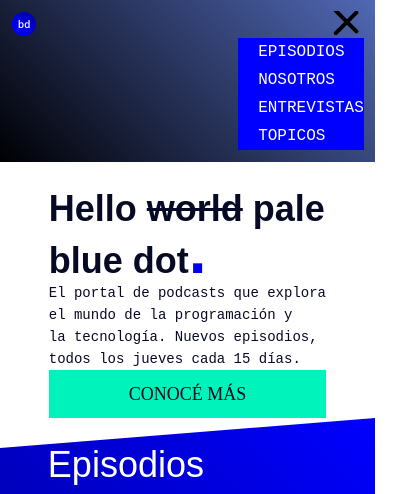
Repository: FedeGA93/podcast
Page: index.html
The author's editor kept a copy of each file at every save. The page is drawn from the files as they stood at one save, then again after a run of saves.
The browser window is 375 px wide. The page is 394 px wide, so the pictures cover 394 px, including what lies to the right of the window. The pictures show the part of the page from y = 0 to 494 px (the page is 5472 px tall).
The first `input[type="checkbox"]` is checked.
Pictures or frames that could not be fetched are drawn as grey boxes. Some web fonts or font styles are not loaded; a fallback is used. Some web libraries are served in a nearby version.

Above is the page before, as saved 2019-11-26 20:58:41.

### index.html
<!DOCTYPE html>
<html lang="es">

<head>
    <meta charset="UTF-8">
    <meta name="viewport" content="width=device-width, initial-scale=1.0">
    <meta http-equiv="X-UA-Compatible" content="ie=edge">
    <title>BlueDot</title>
    <link rel="stylesheet" href="styles/styles.css">
    <link href="https://fonts.googleapis.com/css?family=IBM+Plex+Mono/IBM+Plex+Sans:400,400i,500,600&display=swap"
        rel="stylesheet">
    <link rel="stylesheet" href="https://cdnjs.cloudflare.com/ajax/libs/font-awesome/5.11.2/css/all.css">
    <link rel="shortcut icon" href="images/logo.ico" type="image/x-icon">
    <link rel="icon" href="images/logo.ico" type="image/x-icon">
</head>

<body>
    <header class="estilo-header nav" >
        <nav >
            <div class="menu">
                <div>
                   <a href="#top"> <img src="images/logo.svg" alt="Logo del podcast" class="responsive-logo"></a>
                </div>
                <div>

                    <!-- DEsde acá-->
                    <input type="checkbox" id="transformacion" />
                    <label for="transformacion" class="fija-menu">
                        <span class="barras-negras-hamburger bar1"></span>
                        <span class="barras-negras-hamburger bar2"></span>
                        <span class="barras-negras-hamburger bar3"></span>
                    </label>
                    <!--Hasta acá es lo que tengo que copiar-->
                    <ul class="menu-hijo">
                        <li><a class="color-letras" href="#epi">EPISODIOS</a></li>
                        <li><a class="color-letras" href="#nos">NOSOTROS</a></li>
                        <li><a class="color-letras" href="#ent">ENTREVISTAS</a></li>
                        <li><a class="color-letras" href="#topi">TOPICOS</a></li>
                    </ul>

                </div>
            </div>
        </nav>
    </header>
    <main class="primera-caja" id="top">
        <div class="centrado">
            <h1>Hello <s>world</s> pale blue dot<strong class="color-punto">.</strong></h1>
        </div>
        <div class="centrado">
            <p class="parrafos-general">El portal de podcasts que explora el mundo de la programación y <br> la
                tecnología.
                Nuevos episodios, todos los jueves cada 15 días.</p>
        </div>
        <div class="main-child">
            <div>
                <p><a class="btn cnmas" href="#nos">CONOCÉ MÁS</a></p>
            </div>
        </div>
    </main>
    <section>

        <div class="fondo-azul-gradiente sec">

            <div class="corteuno"></div>
            <div class="cortedos"></div>
            <div>
                <p class="color-blanco pad" id="epi">Episodios</p>
            </div>
            <div class="flex-spotify">
                <iframe src="https://open.spotify.com/embed-podcast/show/2ySVrxGkN6n6frMTo9Nsrt"
                    ></iframe>
                <iframe src="https://open.spotify.com/embed-podcast/show/4kYCRYJ3yK5DQbP5tbfZby"
                    ></iframe>
                <iframe src="https://open.spotify.com/embed-podcast/episode/2VHYWRX1mHcZQS89y3z2Xv" ></iframe>
                <iframe src="https://open.spotify.com/embed-podcast/show/2Iibd5A6R7mxkCm4NwNmUn"
                    ></iframe>
            </div>
        </div>
    </section>
    <section>

        <div class="informacion">
            <div>
                <img src="images/phone.png" alt="El podcast en un telefono" class="telefono">
            </div>
            <div>
                <h2 class="color-negro" id="nos">De dónde venimos</h2>

                <p class="parrafos-general limit-text">Our posturings, our imagined self-importance, the delusion that
                    we
                    have some
                    privileged position in the Universe, are challenged by this point of pale light. </p> <br>

                <p class="parrafos-general limit-text">
                    Our planet is a lonely speck in the great enveloping cosmic dark. In our obscurity, in all this
                    vastness, there is no hint that help will come from elsewhere to save us from ourselves.</p>

            </div>
        </div>

    </section>
    <section>
        <h2 class="color-negro paddie" id="ent">
            Invitadas/os Estelares
        </h2>

        <div class="photo-box">
            <img src="images/grace-hopper.png" alt="Foto de Grace Hopper" class="photos">
            <img src="images/Katie-Bouman.png" alt="Foto de Katie Bouman" class="photos">
            <img src="images/Margaret_Hamilton.png" alt="Margaret Hamilton" class="photos">
            <img src="images/computadora1950.png" alt="Una computadora del año 1950" class="photos">
            <img src="images/computadoraprogramable.png" alt="La primera computadora programable del mundo"
                class="photos">
            <img src="images/susan-kare.png" alt="Foto de Susan Kare" class="photos">

        </div>
    </section>
    <section class="top">
        <h2 class="color-negro center-text" id="topi">Algunos de nuestros temas</h2>
        <div>
            <section class="alineado">
                <div>
                    <img src="images/icon1.svg" alt="Una computadora que demuestra el trabajo remoto"
                        class="theme-size">
                    <p class="temas">Trabajo remoto</p>
                </div>
                <div>
                    <img src="images/icon2.svg" alt="Una cabeza pensando" class="theme-size">
                    <p class="temas">Repensando la programación</p>
                </div>

                <div>
                    <img src="images/icon3.svg" alt=" Un libro de código" class="theme-size">
                    <p class="temas">Bases de código</p>
                </div>

                <div>
                    <img src="images/icon4.svg" alt="Logo de seguridad" class="theme-size">
                    <p class="temas">Seguridad informática</p>
                </div>
            </section>
        </div>
    </section>
    <section>
        <div class="fondo-azul-gradiente secfoot">
                <svg xmlns="http://www.w3.org/2000/svg" viewBox="0 0 100 100" preserveAspectRatio="xMidYMid meet" >
                    <polygon fill="white" points="0,0 1440,0 0,85" />
                </svg>

            <div class="zeta-index">
                <h2 class="color-blanco center-text">
                    ¿Querés las últimas novedades?
                </h2>
            </div>

            <div class="zeta-index">
                <p> <a class="btn ele" href="#epi">ESCUCHÁ LOS EPISODIOS</a> </p>
            </div>

        </div>
    </section>

    <footer>
        <div class="flex-end">
            <h3 class="informacion">© 2019— Hello blue pale dot </h3>
            <div class="sin-deco">
                <a href="https://open.spotify.com/show/6xpiit8aJmwDHk1rKdxmri"><i class="fab fa-spotify"></i></a>
                <a href="https://twitter.com/w3c"> <i class="fab fa-twitter"></i></a>
                <a href="https://www.instagram.com/coding/"><i class="fab fa-instagram"></i></a>
                <a href="https://www.facebook.com/programminggeeks.in/"><i class="fab fa-facebook"></i></a>
            </div>
        </div>
    </footer>
</body>

</html>

### styles/styles.css
* {
  margin: 0;
  padding: 0;
  border: 0;
  box-sizing: content-box;
}

.menu {
  display: flex;
  flex-flow: row;
  justify-content: space-between;
  padding: 0 190px 0 100px;
  position: static;
  top: 0;
  overflow: hidden;
}
.menu-hijo {
  display: flex;
  flex-flow: row wrap;
  text-decoration: none;
  list-style-type: none;
  justify-content: flex-end;
  text-indent: 20px;

}
.nav{
  position:sticky;
  top:0;
  z-index:1000;
  background-image: linear-gradient(225deg, #012392af 0%, #000003 100%);
  }
  .zeta-index{
    z-index:100;
  }

.primera-caja {
  display: flex;
  flex-flow: column;
  padding: 7% 13% 0;
}
.centrado {
  justify-content: center;
}
.color-letras:active {
  color: RGBA(6, 10, 36, 0.53);
}
.color-letras:hover {
  color: #00f3bb;
  text-decoration: line-through;
}
.color-letras {
  font-family: "IBM Plex Mono", monospace;
  font-size: 16px;
  color: white;
  letter-spacing: 0;
  line-height: 28px;
  text-decoration: none;
}

h1 {
  font-family: "IBM Plex Sans", sans-serif;
  font-size: 64px;
  color: #060a24;
  letter-spacing: 0;
}
.color-punto {
  font-family: "IBM Plex Sans", sans-serif;
  font-size: 64px;
  color: #0000ec;
  letter-spacing: 0;
}
.parrafos-general {
  font-family: "IBM Plex Mono", monospace;
  font-size: 16px;
  color: #060a24;
  letter-spacing: 0;
  line-height: 24px;
}

input {
  display: none;
}

.sec {
  position: relative;
  width: 100%;
  height: 124vh;
  overflow: hidden;
}
.secfoot {
  display: flex;
  justify-content: center;
  align-items: center;
  flex-direction: column;
  position: relative;
  width: 100%;
  height: 50vh;
  overflow: hidden;
}
.fondo-azul-gradiente {
  background-image: linear-gradient(225deg, #0000ff 0%, #000003 100%);
}

/* Cortes del fondo */
svg {
  position: absolute;
  bottom: 0;
  width: 100%;
  height: auto;

}

.corteuno {
  position: absolute;
  top: 0;
  left: 0;
  border-width: 0 0 8vw 100vw;
  border-style: solid;
  border-color: transparent #fff transparent;
}
.cortedos {
  position: absolute;
  bottom: 0;
  left: 0;
  border-width: 0 0 10vw 100vw;
  border-style: solid;
  border-color: transparent transparent #fff;
}
/* terminan los cortes */
.color-blanco {
  font-family: "IBM Plex Sans", sans-serif;
  font-size: 48px;
  color: #ffffff;
  letter-spacing: 0;
}
.color-negro {
  font-family: "IBM Plex Sans", sans-serif;
  font-size: 48px;
  color: #060a24;
  letter-spacing: 0;
}
.informacion {
  display: flex;
  justify-content: flex-start;
  flex-direction: row;
}

.btn {
  display: flex;
  align-items: center;
  justify-content: center;
  background-color: #00f3bb;
  font-family: "IBMPlexMono", Medium;
  font-size: 18px;
  color: #060a24;
  letter-spacing: 0;
  text-align: center;
  line-height: 24px;
  text-decoration: none;
}
.btn:hover,
.btn:focus {
  background-image: linear-gradient(225deg, #0000fe 0%, #00f0b8 100%);
  color: #ffffff;
}
.cnmas {
  height: 56px;
  width: 226px;
}
.ele {
  width: 345px;
  height: 56px;
}

.flex {
  display: flex;
  flex-direction: row;
  flex-wrap: nowrap;
  justify-content: space-between;
}
.pad {
  padding: 7% 12.76% 0;
}
.flex-spotify {
  display: flex;
  flex-flow: row wrap;
  padding: 2% 8%;
}
.temas {
  font-family: "IBMPlexSans";
  font-weight: 600;
  font-size: 24px;
  color: #060a24;
  letter-spacing: 0;
  text-align: center;
}

.alineado {
  display: flex;
  flex-flow: row;
  justify-content: space-evenly;
  text-align: center;
}
.telefono {
  position: relative;
  top: -311px;
  height: 660px;
  width: 457.6px;
  padding: 200px 64px 0 200px;
}
iframe {
  padding: 0 72px 72px 0;
  position: relative;
  z-index: 1;
  width: 44%;
  height: 232px;
}

.paddie {
  margin: -267px 0 36px 200px;
  z-index: 1;
}
.photos {
  width: 480px;
  height: 364px;
}
.photo-box {
  width: fit-content;
  display: grid;
  grid-template-columns: repeat(3, 0fr);

}
.limit-text {
  width: 54%;
}
.theme-size {
  width: 104px;
  height: 104px;
}
.top {
  margin-top: 5%;
}
.flex-end {
  display: flex;
  flex-direction: row;
  justify-content: space-between;
}
.sin-deco a {
  text-decoration: none;
  color: black;

}
.sin-deco{
  padding-right: 1%;
}
/*
  ***************************************************
    ***********************************************
      ********************************************
        ****************************************
        *****************MOBILE*****************
        ****************************************
      ********************************************
     **********************************************
   **************************************************
 */

@media screen and (max-width: 600px) {
  * {
    margin: 0px;
    padding: 0;
    border: 0;
  }
  .estilo-header {
    padding: 3%;
  }
  .barra-navegadora {
    display: none;
  }
  .menu {
    padding: 0px;
    position: sticky;
  }
  .seccion {
    width: 100%;
  }

  .responsive-logo {
    margin: 2.2% 87.5% 1.2% 2%;
  }
  .menu-hijo {
    display: none;
  }
  .menu-hijo:hover {
    display: block;
  }
  h1 {
    font-family: "IBM Plex Sans", sans-serif;
    font-size: 36px;
    color: #060a24;
    letter-spacing: 0;
    line-height: 42px;
  }

  .parrafos-general {
    font-family: "IBM Plex Mono", monospace;
    font-size: 14px;
    color: #060a24;
    letter-spacing: 0;
    line-height: 22px;
  }
  .color-blanco {
    font-family: "IBM Plex Sans", sans-serif;
    font-size: 36px;
    color: #ffffff;
    letter-spacing: 0;
    line-height: 42px;
  }
  .color-negro {
    font-family: "IBM Plex Sans", sans-serif;
    font-size: 36px;
    color: #060a24;
    letter-spacing: 0;
    line-height: 42px;
  }
  .cnmas {
    height: 48px;
    width: 100%;
  }

  .barras-negras-hamburger {
    display: block;
    width: 33px;
    height: 4px;
    margin-bottom: 5px;
    position: relative;
    background: black;
    border-radius: 3px;
  }
  .sec {
    height: 165vh;
  }
  .secfoot {
    height: 40vh;
  }
  .center-text {
    text-align: center;
  }
  .telefono {
    top: -60px;
    padding: 0 0 0 9%;
    width: 360px;
    height: 519px;
  }
  .photo-box {
    grid-template-columns: repeat(1, 0);
    grid-template-rows: repeat(1, 16.5%);
  }
  .paddie {
    margin: 0;
  }
  .photos {
    height: auto;
    width: 100vw;
  }
  iframe {
    padding: 1%;
    width: auto;
  }
  .informacion {
    flex-direction: column;
  }
  .alineado {
    flex-direction: column;
  }
  .flex-spotify {
    padding: 2% 15%;
  }
  /* A partir de acá es el menu*/

  input[type="checkbox"]:checked ~ label > span.bar1 {
    -webkit-transform: rotate(-45deg) translate(-8px, 6px);
    transform: rotate(-45deg) translate(-8px, 6px);
    transition-delay: 0.1s;
  }
  input[type="checkbox"]:checked ~ label > span.bar2 {
    opacity: 0;
  }
  input[type="checkbox"]:checked ~ label > span.bar3 {
    -webkit-transform: rotate(45deg) translate(-8px, -6px);
    transform: rotate(45deg) translate(-8px, -6px);
    transition-delay: 0.1s;
  }
  input[type="checkbox"]:checked ~ .menu-hijo {
    background-color: blue;
    display: block;
    margin: auto;
    padding: initial;
    z-index: 1000;
    color: #fff;
  }

  input {
    display: none;
  }
  .fija-menu {
    display: block;
    direction: rtl;
  }
  /* hasta acá*/
  svg{
    bottom: 50%;
  }
}

@media screen and (max-width: 349px) {
  .sec {
    width: 129%;
  }
  .photos {
    width: 411px;
  }
  .cnmas {
    width: 100vw;
  }
  .corteuno {
    border-width: 0 0 12vw 158vw;
  }
  .cortedos {
    border-width: 0 0 19vw 129vw;
  }
  .secfoot{
    width: 129vw;
  }
  .top{
    margin-left: 27%;
  }
}
/*
  ***************************************************
    ***********************************************
      ********************************************
        ****************************************
         ***************TABLET*****************
        ****************************************
      ********************************************
     **********************************************
   **************************************************
 */
/*  @media screen and (max-width:601px) {


  } */

After the next 2 saves:
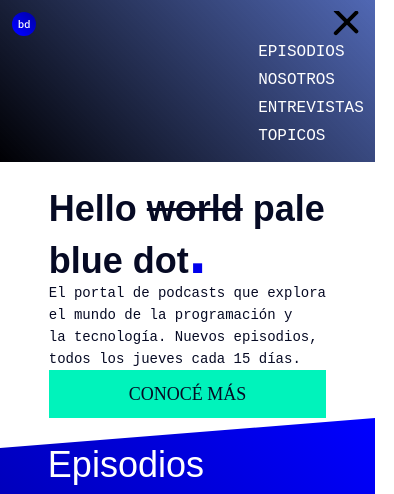
The 2 saves are shown as one change because they came seconds apart.
The last was saved 24 min 27 s later.
--- a/styles/styles.css
+++ b/styles/styles.css
@@ -392,12 +392,13 @@ iframe {
     transition-delay: 0.1s;
   }
   input[type="checkbox"]:checked ~ .menu-hijo {
-    background-color: blue;
+
     display: block;
     margin: auto;
     padding: initial;
     z-index: 1000;
     color: #fff;
+    float
   }
 
   input {
